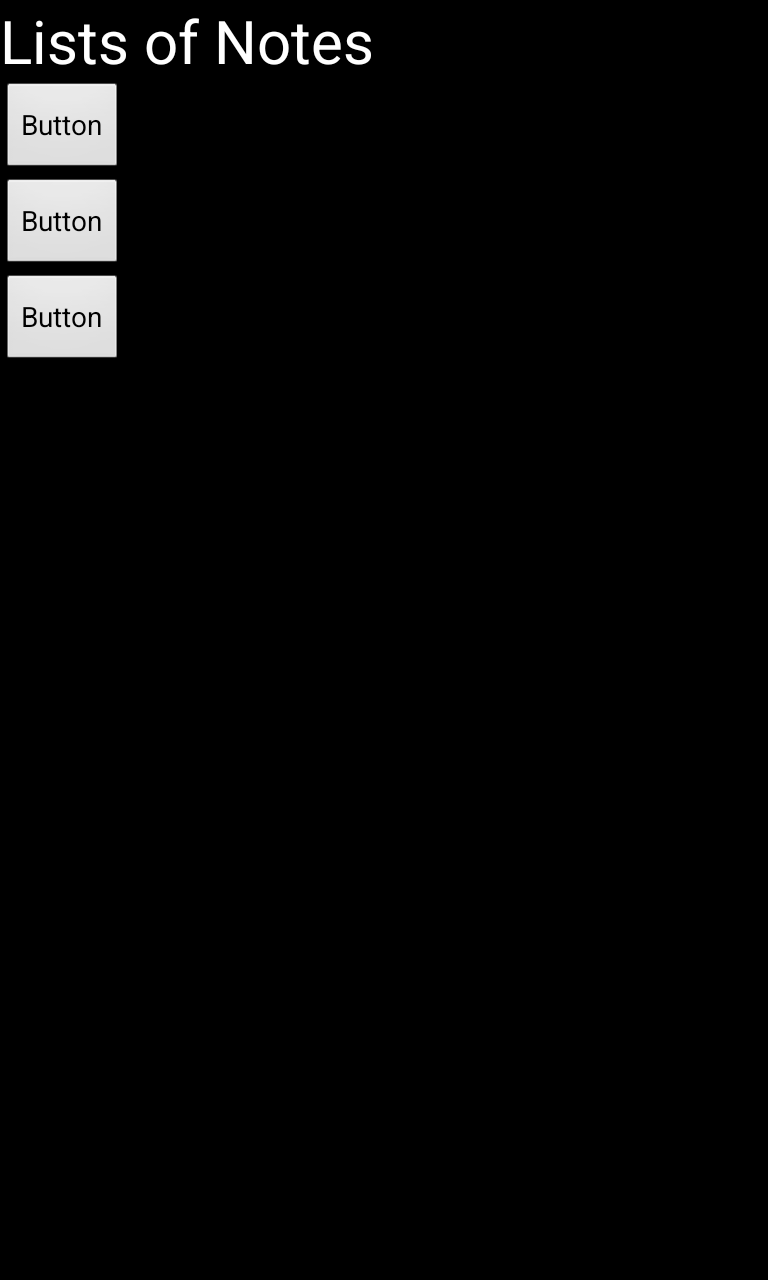
Repository: sandrapatfer/PROMPT11-10-CloudComputing.sandrapatfer
Layout: src/FinalWork/AndroidCloudNotes/AndroidCloudNotes/res/layout/tasklist_list_view.xml
The author's editor kept a copy of each file at every save. The layout is drawn from the files as they stood at one save, then again after the next save.
It is drawn on a 768 x 1280 px phone screen (xhdpi) without system bars, with theme android:Theme; the app's code is not run. Lists and similar views that code fills are empty.

Above is the layout before, as saved 2012-06-03 19:56:03.

### src/FinalWork/AndroidCloudNotes/AndroidCloudNotes/res/layout/tasklist_list_view.xml
<?xml version="1.0" encoding="utf-8"?>
<LinearLayout xmlns:android="http://schemas.android.com/apk/res/android"
    android:layout_width="match_parent"
    android:layout_height="match_parent"
    android:orientation="vertical" >







    <TextView
        android:id="@+id/textView1"
        android:layout_width="wrap_content"
        android:layout_height="wrap_content"
        android:text="@string/tasklist_title"
        android:textAppearance="?android:attr/textAppearanceLarge"
        android:textSize="60px" />

    <Button
        android:id="@+id/button3"
        android:layout_width="wrap_content"
        android:layout_height="wrap_content"
        android:text="Button" />

    <ListView
        android:id="@+id/tasklist_view"
        android:layout_width="match_parent"
        android:layout_height="wrap_content" >
    </ListView>

    <Button
        android:id="@+id/button1"
        android:layout_width="wrap_content"
        android:layout_height="wrap_content"
        android:text="Button" />

    <Button
        android:id="@+id/button2"
        android:layout_width="wrap_content"
        android:layout_height="wrap_content"
        android:text="Button" />

</LinearLayout>

### src/FinalWork/AndroidCloudNotes/AndroidCloudNotes/res/values/strings.xml
<?xml version="1.0" encoding="utf-8"?>
<resources>

    <string name="hello">Hello World, AndroidCloudNotesActivity!</string>
    <string name="app_name">Prompt Cloud Notes for Android</string>
    <string name="tasklistitem_label">"List: "</string>
    <string name="tasklist_title">Lists of Notes</string>

</resources>

After the next save:
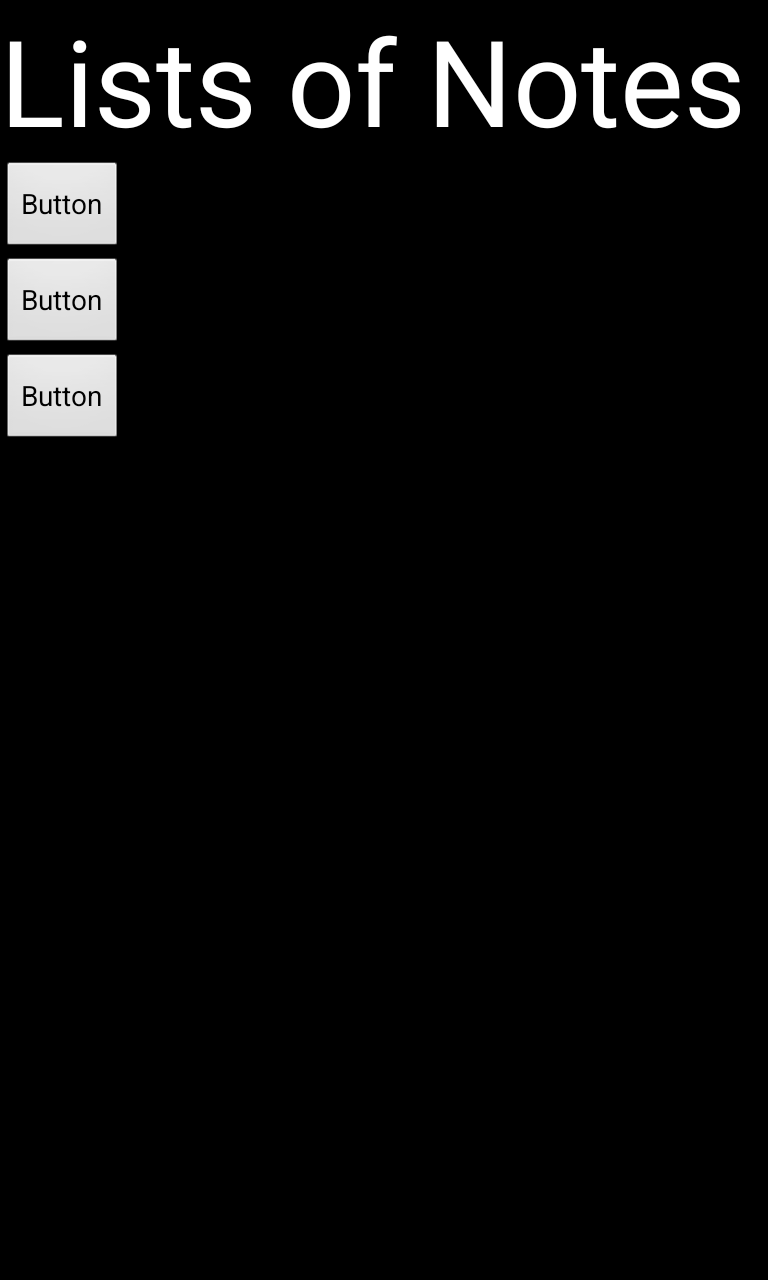
Saved 13 s later.
--- a/src/FinalWork/AndroidCloudNotes/AndroidCloudNotes/res/layout/tasklist_list_view.xml
+++ b/src/FinalWork/AndroidCloudNotes/AndroidCloudNotes/res/layout/tasklist_list_view.xml
@@ -16,7 +16,7 @@
         android:layout_height="wrap_content"
         android:text="@string/tasklist_title"
         android:textAppearance="?android:attr/textAppearanceLarge"
-        android:textSize="60px" />
+        android:textSize="60dp" />
 
     <Button
         android:id="@+id/button3"
